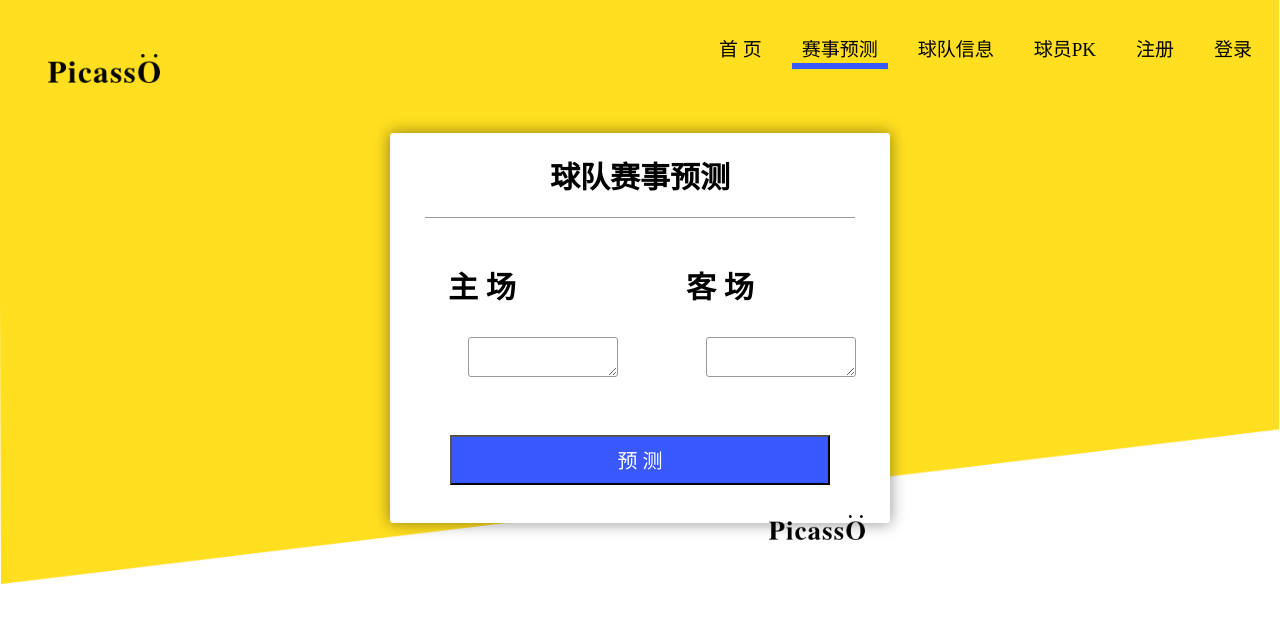
Repository: cciixx/nba-prediction-sys
Page: public/predict.html
These files come from the project's save history. The page is drawn as it stood at one moment and after the next save; the edit follows.
The browser window is 1280 px wide. The pictures show the whole page.

Above is the page before, as saved 2020-03-27 18:03:56.

After the next save:
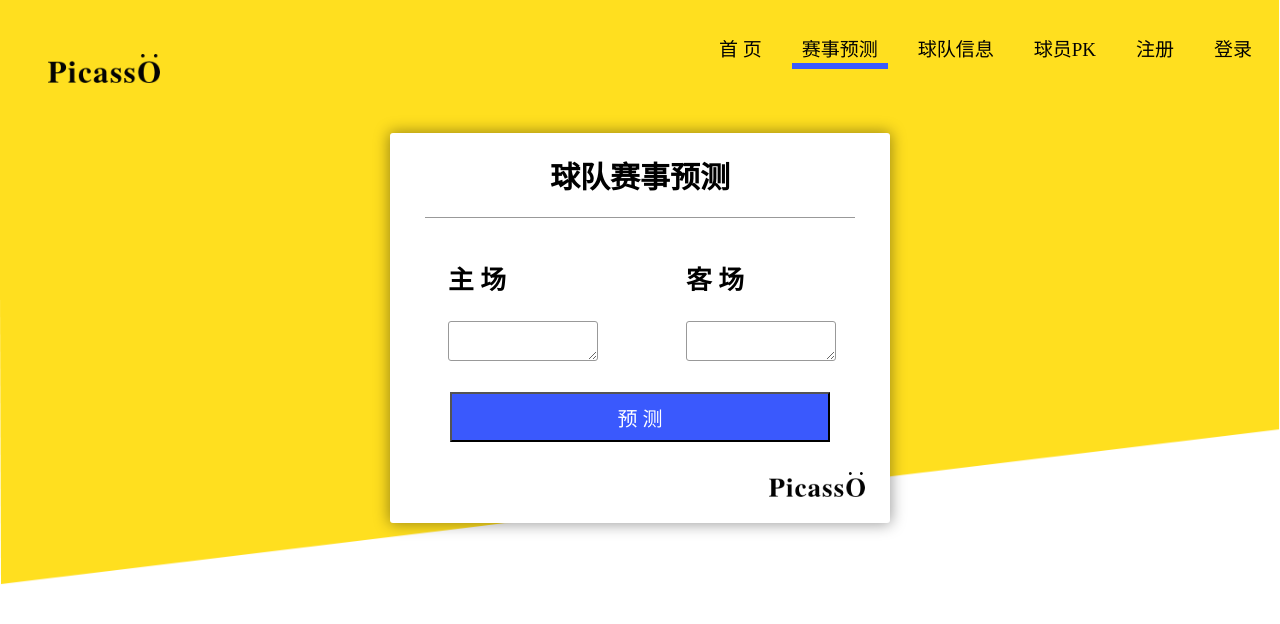
Saved 1 s later.
--- a/public/css/predict.css
+++ b/public/css/predict.css
@@ -1,54 +1,42 @@
 /* CSS Document */
-.bg {
-    width: 500px;
-    height: 390px;
-    margin: 50px auto;
-    font-size: 26px;
-    background: white;
-    border: 0 none;
+.bg{
+	width: 500px;
+	height: 390px;
+	margin: 50px auto;
+	font-size: 26px;
+	background: white;
+	border: 0 none;
     border-radius: 3px;
     box-shadow: 0 0 15px 1px rgba(0, 0, 0, 0.4);
     box-sizing: border-box;
 }
-
-.box {
+.box{
     font-size: 22px;
     width: 40%;
     float: left;
     margin-left: 38px;
 }
-
-h2 {
+h2{
     text-align: center;
     border-bottom: 1px solid #999999;
     padding: 20px;
     margin: 35px;
     margin-bottom: 15px;
 }
-
-label {
-    display: block;
-    font-size: 1.17em;
-    margin-top: 1em;
-    margin-bottom: 1em;
-    margin-left: 0;
-    margin-right: 0;
-    font-weight: bold;
+h3{
     margin-left: 20px;
 }
-
 textarea {
     font-size: 20px;
-    height: 40px;
-    width: 150px;
-    margin-left: 20px;
+	height:40px;
+	width:150px;
+	margin-left:20px;
     border: 1px solid #999999;
     border-radius: 3px;
     box-sizing: border-box;
     color: #2C3E50;
 }
-
-input {
+input{
     font-size: 20px;
     width: 380px;
     height: 50px;
@@ -56,7 +44,7 @@ input {
     margin-top: 25px;
 }
 
-img {
+img{
     height: 25px;
     float: right;
     margin-top: 30px;
